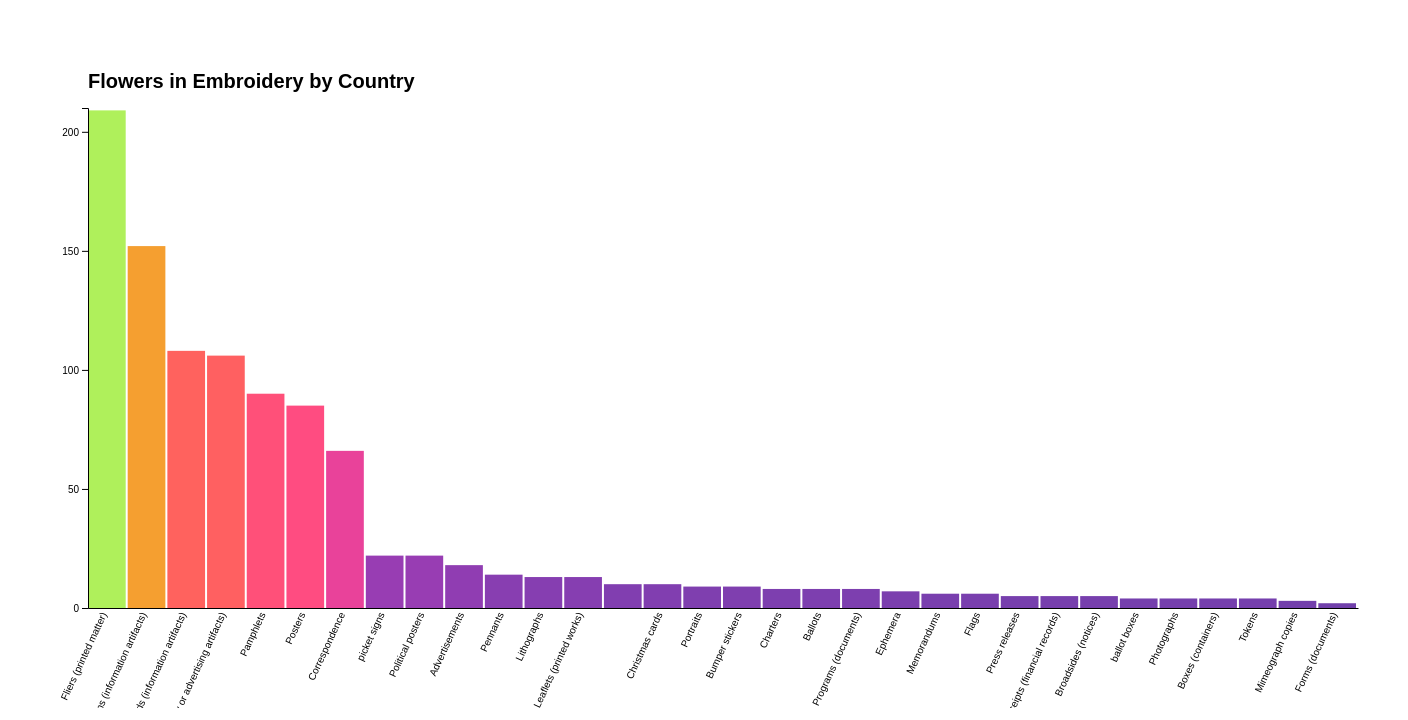
Repository: m0llyc00k/Major-studio-1
Page: Smithsonian_Data/index2.html
The author's editor kept a record of every edit. The page is drawn from the files as they stood at one moment, then again after the next edit.
The browser window is 1280 px wide. The page is 1408 px wide, so the pictures cover 1408 px, including what lies to the right of the window. The pictures show the whole page.

Above is the page before.

After the next edit:
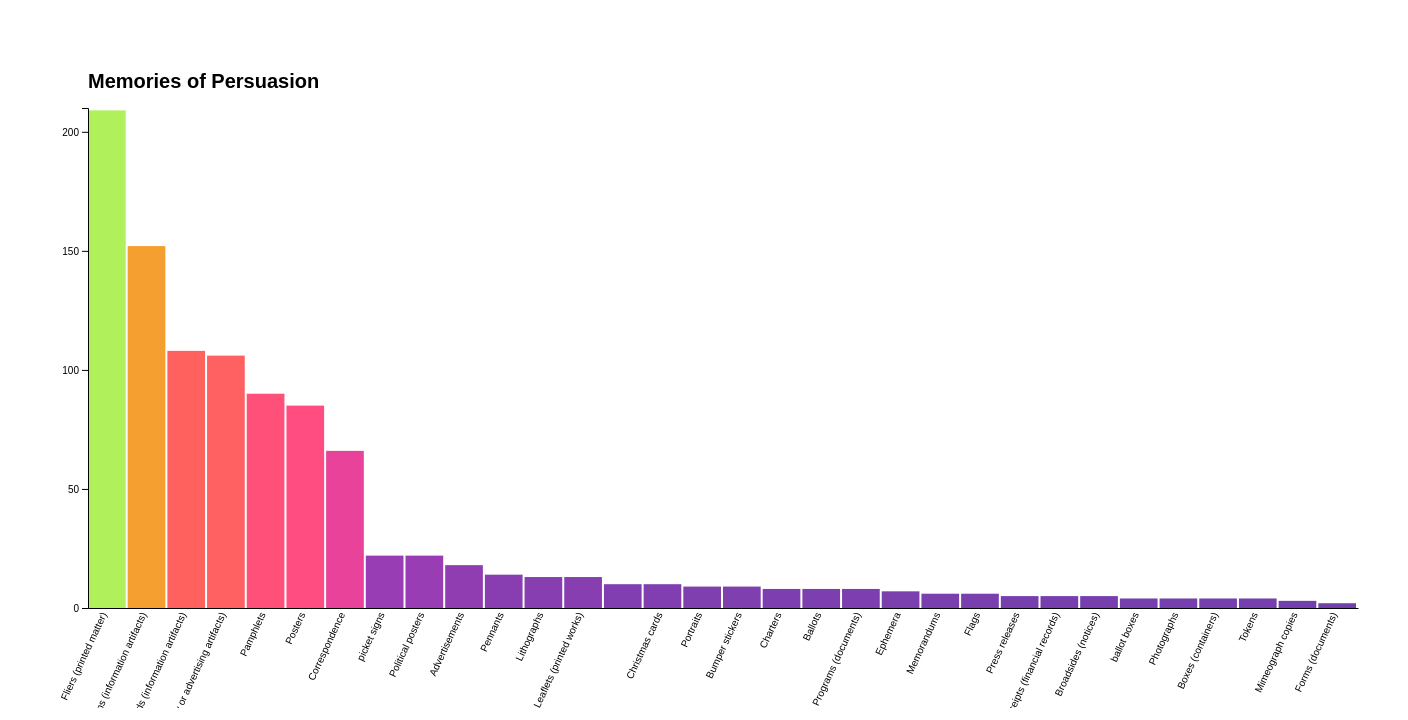
The edit:
--- a/Smithsonian_Data/main2.js
+++ b/Smithsonian_Data/main2.js
@@ -105,5 +105,5 @@
     .attr('x', margin.left)
     .attr('fill', 'black')
     .attr('text-anchor', 'start')
-    .text('Flowers in Embroidery by Country')
+    .text('Memories of Persuasion')
 }
